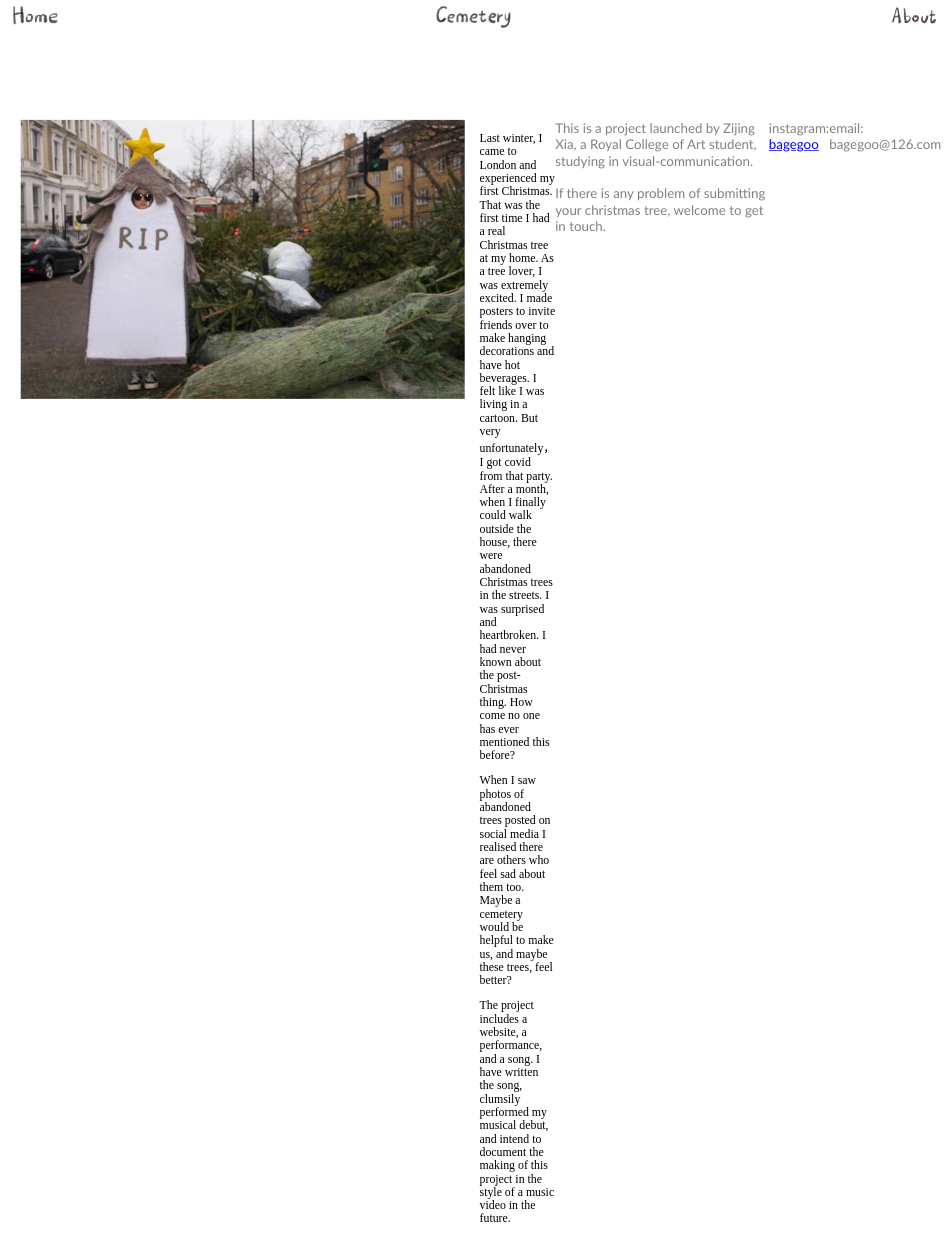
Repository: FuugaMo/ByeByeChristmasTree.github.io
Page: about.html
The author's editor kept a copy of each file at every save. The page is drawn from the files as they stood at one save, then again after the next save.
The browser window is 1280 px wide. The pictures show the whole page, at 74% of full size.

Above is the page before, as saved 2023-07-28 21:28:32.

After the next save:
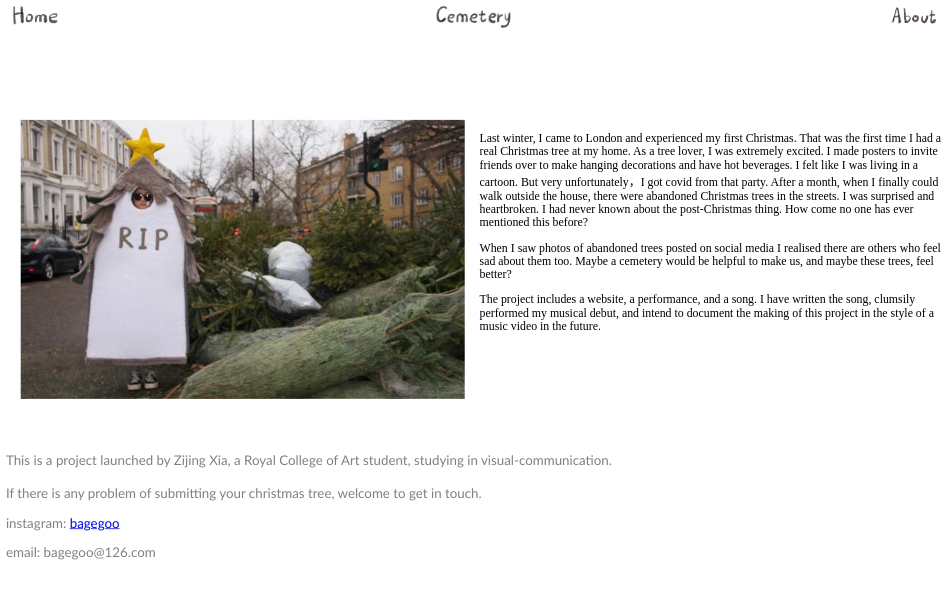
Saved 30 s later.
--- a/about.html
+++ b/about.html
@@ -84,25 +84,26 @@
                 music video in the future.
             </p>
         </div>
-        <br>
-        <br>
-        <br>
-        <br>
-        <p1>
-            This is a project launched by Zijing Xia, a Royal College of Art student, studying in visual-communication.
-            <br><br> If there is any problem of submitting your christmas tree, welcome to get in touch.
-        </p1>
-        <br>
-        <br>
-        <p2>
-            instagram: <a href="https://www.instagram.com/bagegoo/">bagegoo</a></p2>
-        </p2>
-        <br>
-        <br>
-        <p3>
-            email: bagegoo@126.com
-        </p3>
+    </div>
+    <br>
+    <br>
+    <br>
+    <br>
+    <p1>
+        This is a project launched by Zijing Xia, a Royal College of Art student, studying in visual-communication.
+        <br><br> If there is any problem of submitting your christmas tree, welcome to get in touch.
+    </p1>
+    <br>
+    <br>
+    <p2>
+        instagram: <a href="https://www.instagram.com/bagegoo/">bagegoo</a></p2>
+    </p2>
+    <br>
+    <br>
+    <p3>
+        email: bagegoo@126.com
+    </p3>
 
-        <br><br><br>
+    <br><br><br>
     </div>
 </body>
